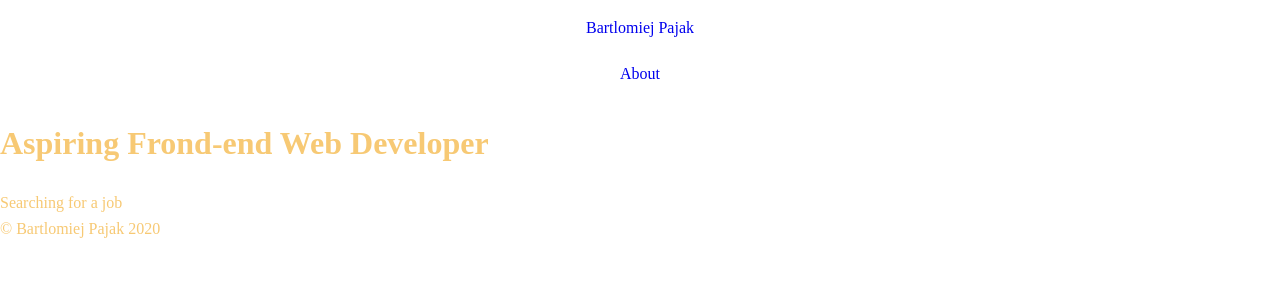
Repository: spidero7/personal-site
Page: index.html
These files come from the project's save history. The page is drawn as it stood at one moment and after the next save; the edit follows.
The browser window is 1280 px wide. The pictures show the whole page.
Some web fonts or font styles are not loaded; a fallback is used.

Above is the page before, as saved 2020-04-15 22:12:18.

### index.html
<!DOCTYPE html>
<html>

    <head>
        <meta charset="utf-8">
        <title>Bartlomiej Pajak</title>
        <meta name="viewport" content="width=device-width, initial-scale=1">
        <link rel="stylesheet" href="css/normalize.css">
        <link href="https://fonts.googleapis.com/css2?family=Domine&display=swap" rel="stylesheet">
        <link rel="stylesheet" href="css/style.css">
    </head>

    <body>

        <div>
            <header class="main-header">
                <nav>
                    <ul class="main-nav">
                        <li><a href="#">Bartlomiej Pajak</a></li>
                        <li><a href="#">About</a></li>
                    </ul>
                </nav>
            </header>
        </div>

        <div class="container">

            <h1>Aspiring Frond-end Web Developer</h1>
            <span>Searching for a job</span>

        </div>


        <footer class="main-footer">&copy; Bartlomiej Pajak 2020</footer>

    </body>
</html>

### css/style.css
/* =================================
  Base Element Styles
==================================== */

* {
    box-sizing: border-box;
}

body {
    font-family: 'Domine', serif;
    line-height: 1.6;
    color: #F7C974;
    margin: 0;
}

ul {
    margin: 0;
    padding: 0;
    list-style: none;
}

ul li {
    color: #F7C974;
}

a {
    text-decoration: none;
}

/* =================================
  Base Layout Styles
==================================== */

/* ---- Navigation ---- */

.main-nav {
    margin-top: 5px;
}

.main-nav a {
    text-align: center;
    display: block;
    padding: 10px 15px;
}

.main-nav a:hover {
    color: rgb(212, 188, 144);
}

Loaded but not shown: css/normalize.css (library)

After the next save:
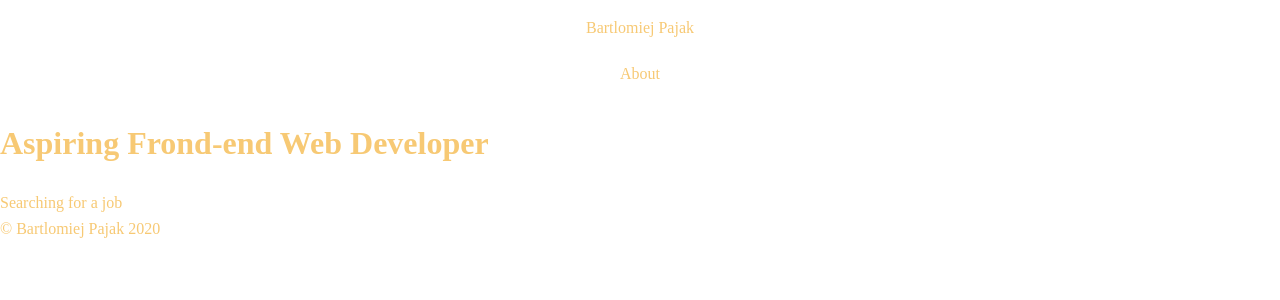
Saved 18 s later.
--- a/css/style.css
+++ b/css/style.css
@@ -19,7 +19,7 @@ ul {
     list-style: none;
 }
 
-ul li {
+ul li a {
     color: #F7C974;
 }
 
